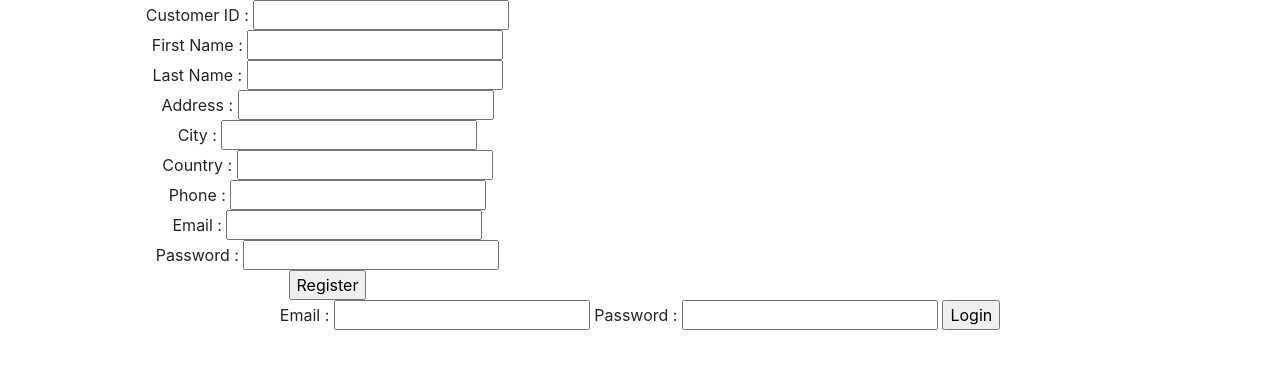
Repository: hassaanbk/CruiseBookingAndManaging
Page: http://localhost/home
The author's editor kept a copy of each file at every save. The page is drawn from the files as they stood at one save, then again after the next save.
The browser window is 1280 px wide. The pictures show the whole page.
The page is this project's Thymeleaf template; nobody is signed in. The template is opened directly, without the code that normally fills it, so the values that code supplies are empty.

Above is the page before, as saved 2022-12-13 04:33:31.

### CustomerMicroService/src/main/resources/templates/home.html
<!DOCTYPE html>

<html xmlns:th="http://www.thymeleaf.org">

<head>

	<meta charset="ISO-8859-1">

	<title>Home</title>
<link rel="stylesheet" href="https://cdn.jsdelivr.net/npm/bootstrap@4.3.1/dist/css/bootstrap.min.css" integrity="sha384-ggOyR0iXCbMQv3Xipma34MD+dH/1fQ784/j6cY/iJTQUOhcWr7x9JvoRxT2MZw1T" crossorigin="anonymous">

</head>

<body class="container-fluid text-center ">

	<form action="register" method="POST" class="col-md-6">

		Customer ID : <input type="text" name="custId" /> </br>

		First Name : <input type="text" name="firstName" /></br>

		Last Name : <input type="text" name="lastName" /></br>

		Address : <input type="text" name="address" /></br>

		City : <input type="text" name="city" /></br>

		Country : <input type="text" name="country" /></br>

		Phone : <input type="text" name="phone" /></br>

		Email : <input type="email" name="email" /></br>

		Password : <input type="password" name="password" /></br>

		<input type="submit" name="Add Employee" value="Register" />

	</form>

	<form action="login" method="POST">

		Email : <input type="email" name="email" />

		Password : <input type="password" name="password" />
		<input type="submit" name="Login" value="Login" />

	</form>

</body>

</html>

After the next save:
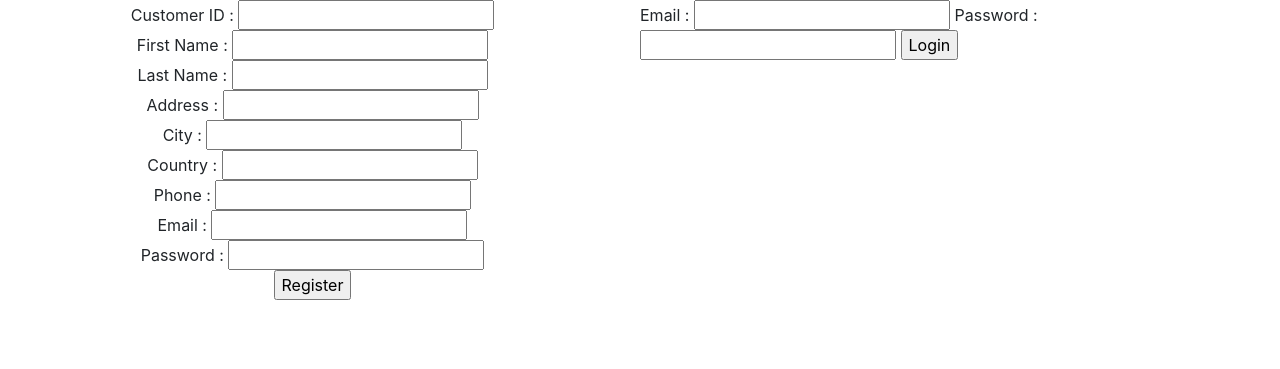
Saved 31 s later.
--- a/CustomerMicroService/src/main/resources/templates/home.html
+++ b/CustomerMicroService/src/main/resources/templates/home.html
@@ -11,9 +11,9 @@
 
 </head>
 
-<body class="container-fluid text-center ">
+<body class="container-fluid row">
 
-	<form action="register" method="POST" class="col-md-6">
+	<form action="register" method="POST" class="col-md-6 text-center">
 
 		Customer ID : <input type="text" name="custId" /> </br>
 
@@ -37,7 +37,7 @@
 
 	</form>
 
-	<form action="login" method="POST">
+	<form action="login" method="POST" class="col-md-6">
 
 		Email : <input type="email" name="email" />
 
